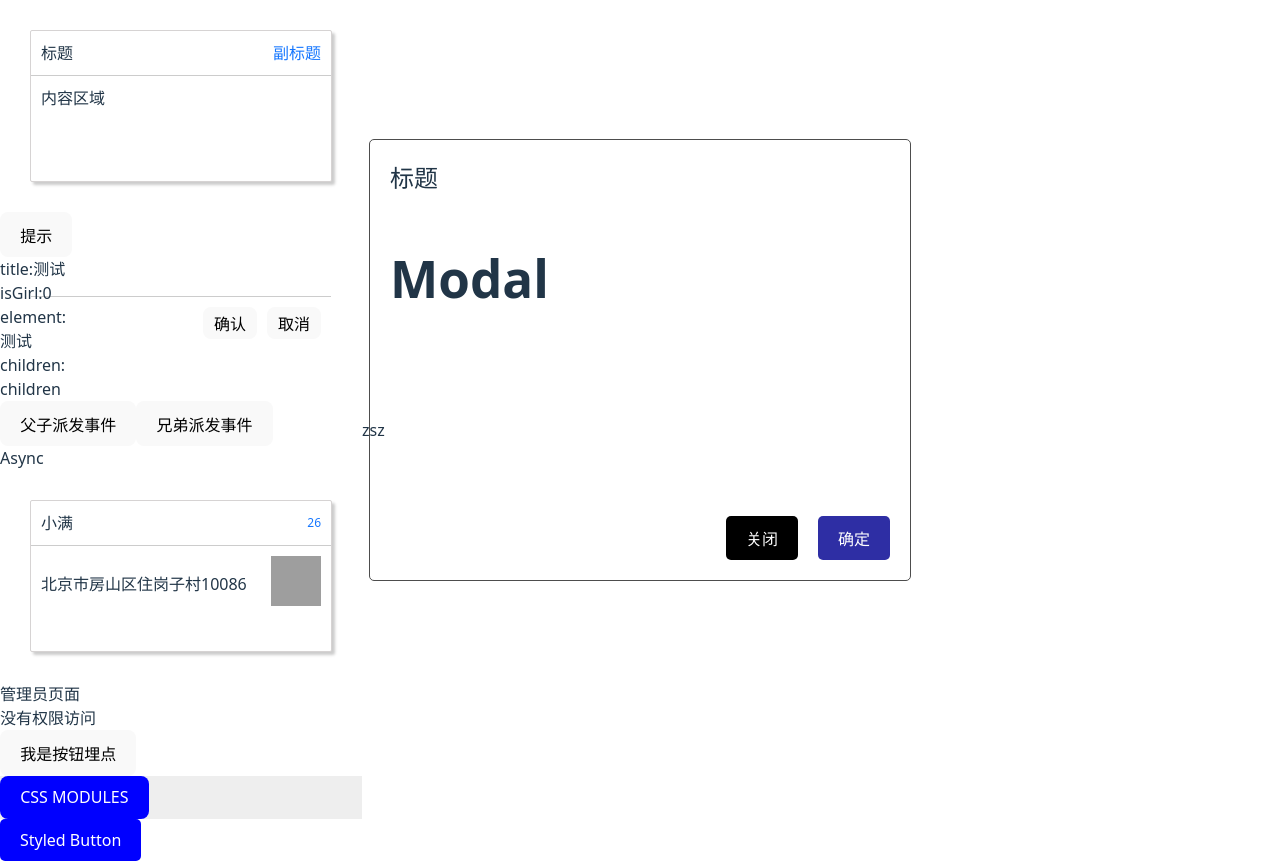
Repository: EDMZJJJ/learn-react
Page: /
The author's editor kept a copy of each file at every save. The page is drawn from the files as they stood at one save, then again after the next save.
The browser window is 1280 px wide. The pictures show the whole page.
Pictures or frames that could not be fetched are drawn as grey boxes. The project was rebuilt for these pictures with package versions that can differ from the ones it lists, and the page was loaded fresh each time. Also part of the build but not shown: vite.config.ts, src/components/Skeleton/index.css, src/components/Message/index.css, src/components/Message/index.tsx.

Above is the page before, as saved 2026-03-11 15:48:50.

After the next save:
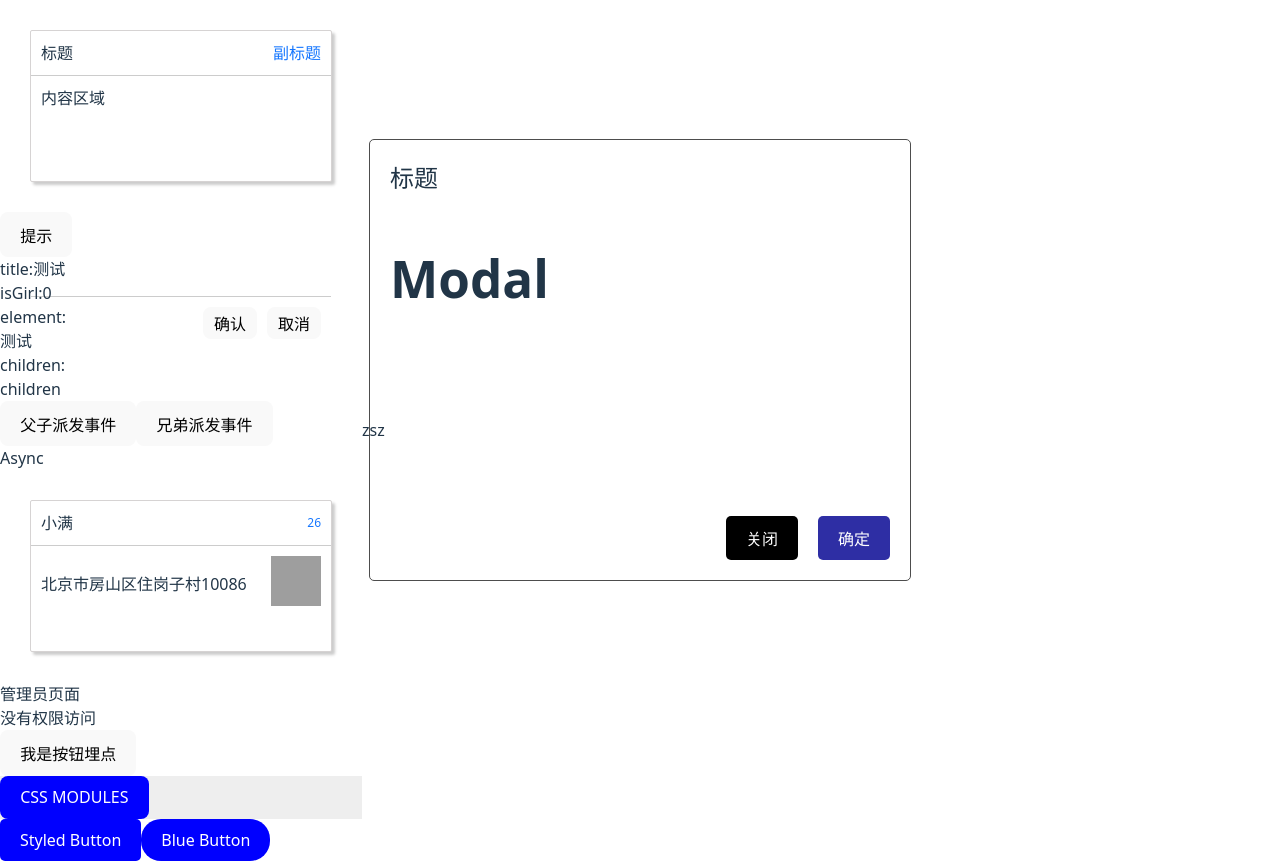
Saved 34 s later.
--- a/src/App.tsx
+++ b/src/App.tsx
@@ -90,7 +90,7 @@ const StyledButton = styled.button<{primary?: boolean}>`
   border-radius: 5px;
   cursor: pointer;
 `;
-//圆角蓝色按钮
+//圆角蓝色按钮,通过继承StyledButton的样式来创建一个新的组件
 const BlueButton = styled(StyledButton)`
    background-color: blue;
    border-radius: 20px;
@@ -147,6 +147,7 @@ const App: React.FC = () =>  {
 
       {/* CSS-IN-JS */}
       <StyledButton primary>Styled Button</StyledButton>
+      <BlueButton>Blue Button</BlueButton>
     </>
   )
 }
